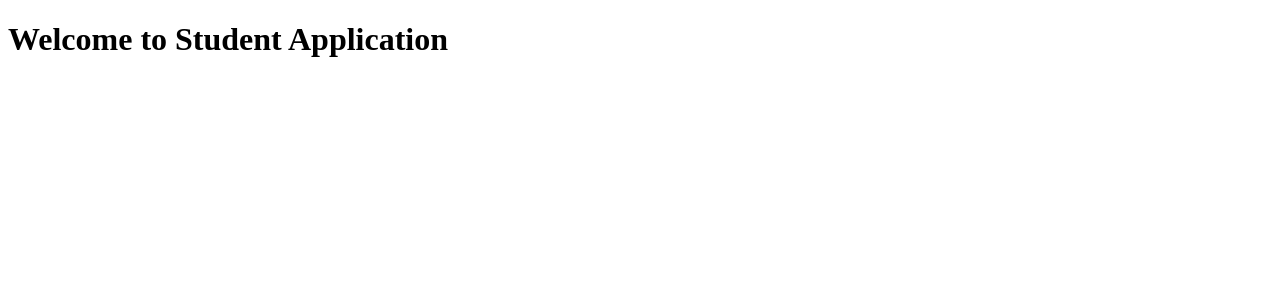
Repository: pathanking/srkr
Page: student-app/src/main/webapp/index.html
An editor plug-in stored every save of this project. The page is shown before and after the next save, followed by the edit.
The browser window is 1280 px wide. The pictures show the whole page.

Above is the page before, as saved 2023-06-14 09:17:34.

After the next save:
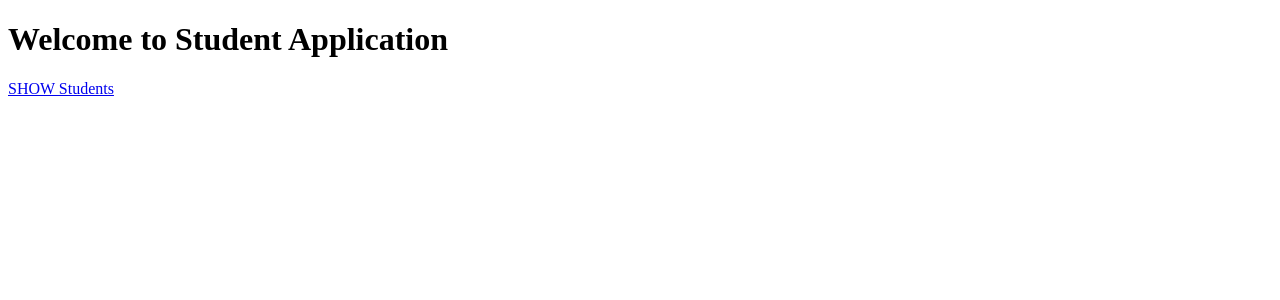
Saved 19 min 56 s later.
--- a/student-app/src/main/webapp/index.html
+++ b/student-app/src/main/webapp/index.html
@@ -6,5 +6,10 @@
 </head>
 <body>
 	<h1>Welcome to Student Application</h1>
+
+	<a href="add-student.htm>ADD Student</a>
+	<a href="showstudents.htm>SHOW Students</a>
+	<a href="update-student.htm>UPDATE Student</a>
+
 </body>
 </html>
